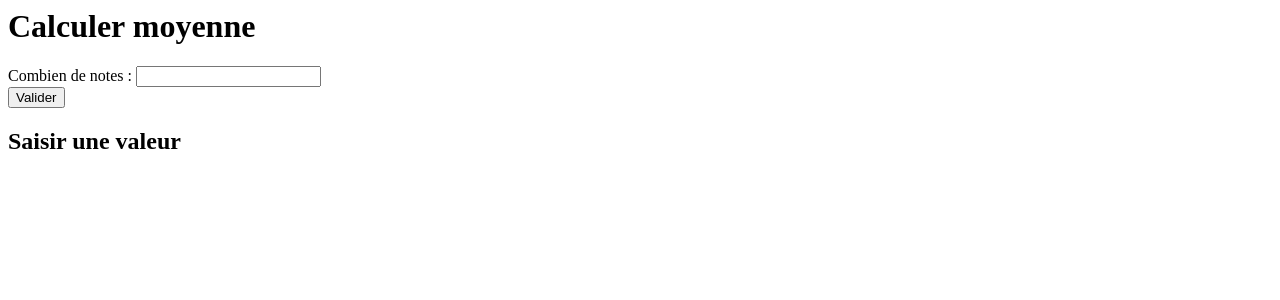
Repository: Michelhof1978/php
Page: http://localhost/calculMoyenne.php
These files come from the project's save history. The page is drawn as it stood at one moment and after a run of saves; the edit follows.
The browser window is 1280 px wide. The pictures show the whole page.
The page is run by PHP 8.4 with error messages shown; the project is at /var/www/html/.

Above is the page before, as saved 2022-07-29 14:16:20.

After the next 3 saves:
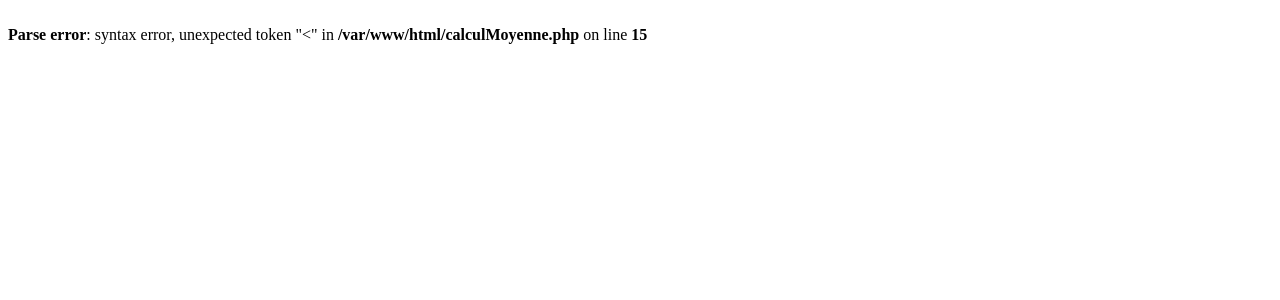
The 3 saves are shown as one change because they came seconds apart.
The last was saved 30 s later.
--- a/calculMoyenne.php
+++ b/calculMoyenne.php
@@ -12,6 +12,7 @@
     echo "<form action=\"#\" method=\"POST\">";//généreration du formulaire <form> </form>, Ne pas oublier de bien fermer la balise </form> ds le echo ci-dessous
     echo "<fieldset>";
     echo "<legend>Moyenne : </legend>";
+    echo <input type="submit" value="Valider">
 
     for($i = 1; $i <= $nbNotes ; $i++){
         echo"<label for=\"note" . $i ."\" > Note" . $i  ."  :</label>" ;//Pour générer un input, si on tape 5, 5 inputs s'afficheront//Bien mettre \ quand  guillemet à l'intérieur car risque conflits// Note . $i = pour chiffrer de 1 à nb saisi les inputs en partant de 1($i)

After the 2 saves that followed:
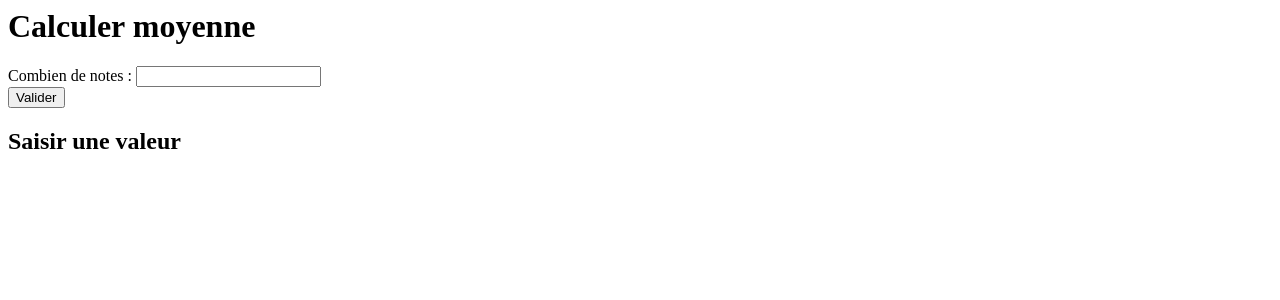
The 2 saves are shown as one change because they came seconds apart.
The last was saved 17 s later.
--- a/calculMoyenne.php
+++ b/calculMoyenne.php
@@ -12,7 +12,6 @@
     echo "<form action=\"#\" method=\"POST\">";//généreration du formulaire <form> </form>, Ne pas oublier de bien fermer la balise </form> ds le echo ci-dessous
     echo "<fieldset>";
     echo "<legend>Moyenne : </legend>";
-    echo <input type="submit" value="Valider">
 
     for($i = 1; $i <= $nbNotes ; $i++){
         echo"<label for=\"note" . $i ."\" > Note" . $i  ."  :</label>" ;//Pour générer un input, si on tape 5, 5 inputs s'afficheront//Bien mettre \ quand  guillemet à l'intérieur car risque conflits// Note . $i = pour chiffrer de 1 à nb saisi les inputs en partant de 1($i)
